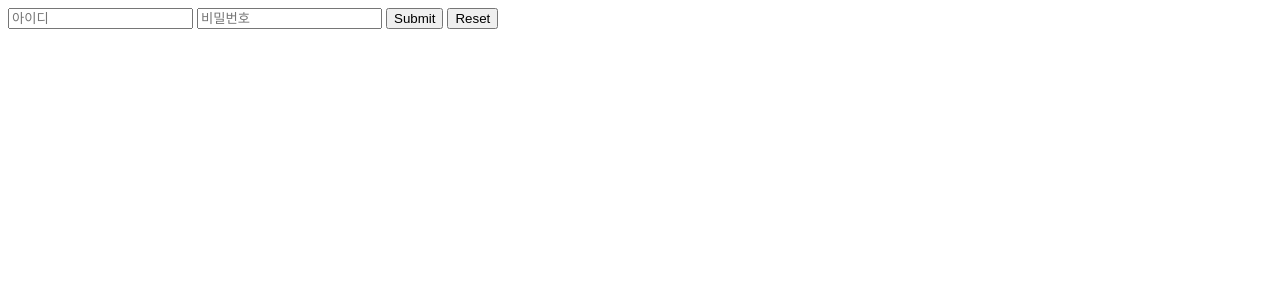
Repository: dev-leeJin/jsp-practice
Page: http://localhost/JSPBasic/JspObject/1.requests/req_login_form.jsp
An editor plug-in stored every save of this project. The page is shown before and after the next save, followed by the edit.
The browser window is 1280 px wide. The pictures show the whole page.
The page is served by Tomcat 9.

Above is the page before, as saved 2022-02-04 01:23:51.

### JSPBasic/src/main/webapp/JspObject/1.requests/req_login_form.jsp
<%@ page language="java" contentType="text/html; charset=UTF-8"
    pageEncoding="UTF-8"%>
<!DOCTYPE html>
<html>
<head>
<meta charset="UTF-8">
<title>Insert title here</title>
</head>
<body>
	<form action="req_login_result" method="post">
	<input type="text" name="id" placeholder="아이디"/>
	<input type="password" name="pw" placeholder="비밀번호"/>
	<input type="submit"/>
	<input type="reset"/>
	</form>
</body>
</html>

After the next save:
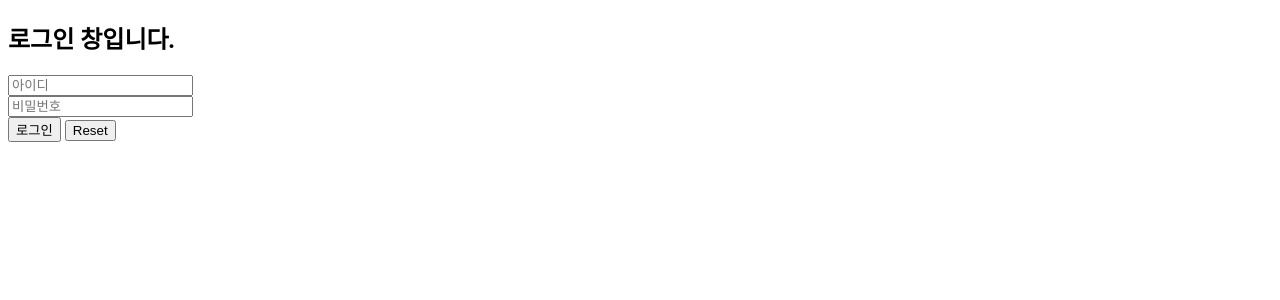
Saved 6 min 7 s later.
--- a/JSPBasic/src/main/webapp/JspObject/1.requests/req_login_form.jsp
+++ b/JSPBasic/src/main/webapp/JspObject/1.requests/req_login_form.jsp
@@ -7,11 +7,12 @@
 <title>Insert title here</title>
 </head>
 <body>
+	<h2>로그인 창입니다.</h2>
 	<form action="req_login_result" method="post">
-	<input type="text" name="id" placeholder="아이디"/>
-	<input type="password" name="pw" placeholder="비밀번호"/>
-	<input type="submit"/>
-	<input type="reset"/>
+	<input type="text" name="id" placeholder="아이디"/> <br/>
+	<input type="password" name="pw" placeholder="비밀번호"/> <br/>
+	<input type="submit" value="로그인"/>
+	<input type="reset" />
 	</form>
 </body>
 </html>
